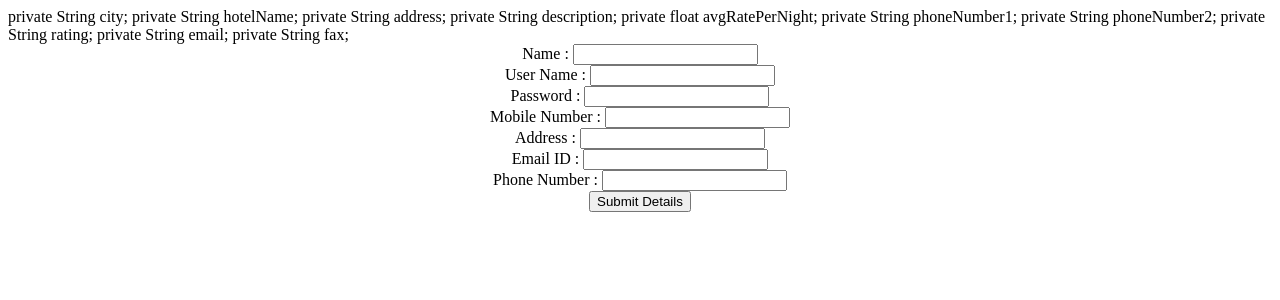
Repository: dishangjain/SpringProject
Page: http://localhost/HotelBookingManagementSystem/JSPs/AddNewHotel.jsp
These files come from the project's save history. The page is drawn as it stood at one moment and after the next save; the edit follows.
The browser window is 1280 px wide. The pictures show the whole page.
The page is served by Tomcat 9. Nobody is signed in. The application's start-up code is not run. The template is opened directly, without the code that normally fills it, so the values that code supplies are empty.

Above is the page before, as saved 2017-10-14 09:26:28.

After the next save:
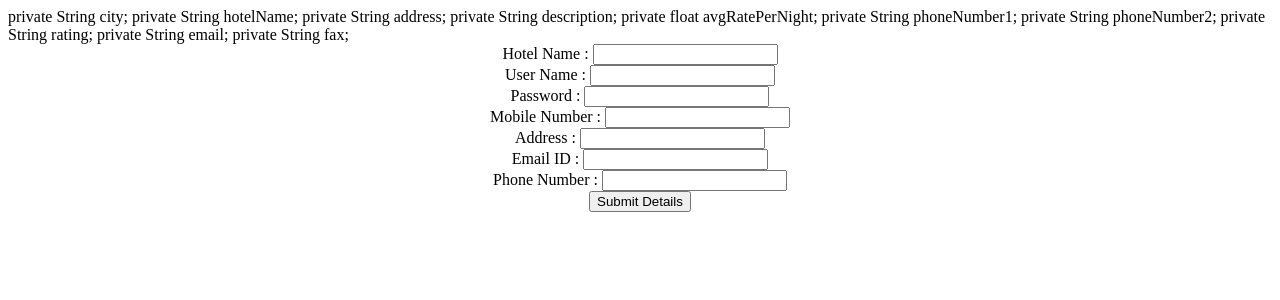
Saved 29 s later.
--- a/HotelBookingManagementSystem/WebContent/JSPs/AddNewHotel.jsp
+++ b/HotelBookingManagementSystem/WebContent/JSPs/AddNewHotel.jsp
@@ -26,8 +26,8 @@
 		<center>
 			<form:form method="post" modelAttribute="hotelBean" action="addHotelDetails.do">
 
-	  			<label for="name">Name :</label>
-		  		<form:input path="name" id="name" type="text"/><br/>
+	  			<label for="hotelName">Hotel Name :</label>
+		  		<form:input path="hotelName" id="hotelName" type="text"/><br/>
 
 		  		<label for="userName">User Name :</label>
 		  		<form:input path="userName" id="userName" type="text"/><br/>
